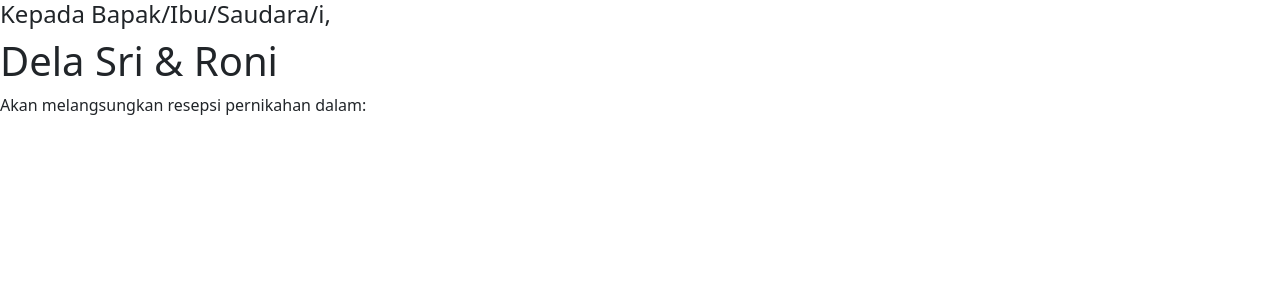
Repository: sellayspy/invitation
Page: index.html
The author's editor kept a copy of each file at every save. The page is drawn from the files as they stood at one save, then again after the next save.
The browser window is 1280 px wide. The pictures show the whole page.

Above is the page before, as saved 2024-07-08 14:24:49.

After the next save:
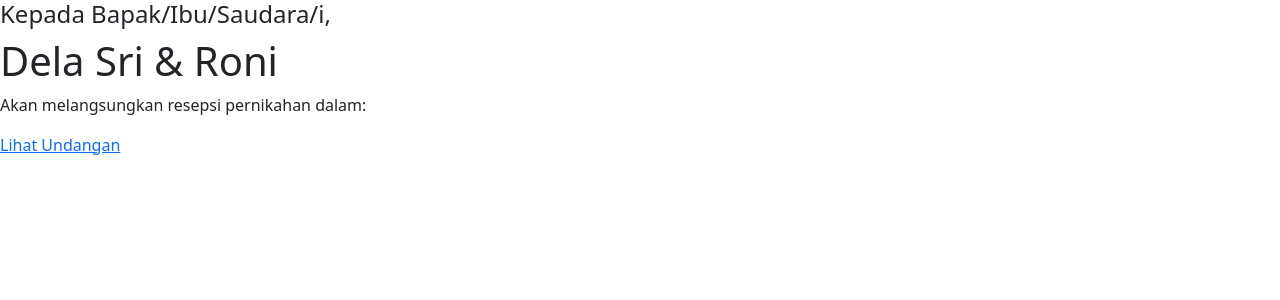
Saved 42 s later.
--- a/index.html
+++ b/index.html
@@ -17,6 +17,7 @@
         <h4>Kepada Bapak/Ibu/Saudara/i,</h4>
         <h1>Dela Sri & Roni</h1>
         <p>Akan melangsungkan resepsi pernikahan dalam:</p>
+        <a href="#undangan">Lihat Undangan</a>
       </main>
     </section>
     <script
